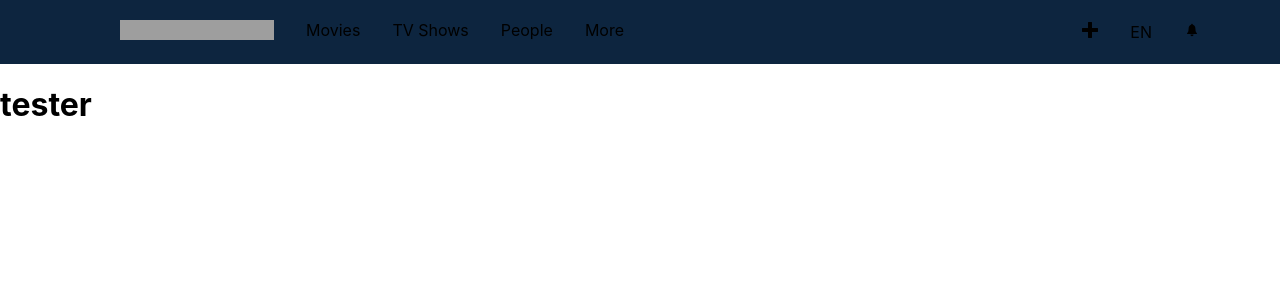
Repository: Fauzaanmhmd/qnpTesFrontend
Page: /
An editor plug-in stored every save of this project. The page is shown before and after the next save, followed by the edit.
The browser window is 1280 px wide. The pictures show the whole page.
Pictures or frames that could not be fetched are drawn as grey boxes. The page's requests for data from a server got no answer. The project was rebuilt for these pictures with package versions that can differ from the ones it lists, and the page was loaded fresh each time. The framework's server and built-in components were replaced by stand-ins that run in the browser. No one was signed in, and anything a server would have sent is missing. Also part of the build but not shown: next.config.js, styles/Moviecard.module.scss, pages/components/Moviecard.tsx.

Above is the page before, as saved 2022-03-17 14:38:58.

### pages/index.tsx
import type { NextPage } from 'next'
import styles from '../styles/Home.module.scss'
import Section from './Section'
import { useEffect, useState } from 'react'
import axios from 'axios'
import MovieCard from './components/Moviecard'
import Youtube from 'react-youtube'
import { ReactNode } from 'react'
import Navbar from './components/Navbar'


const Home: NextPage = () => {

  const MOVIE_API = "https://api.themoviedb.org/3"
  const SEARCH_API = MOVIE_API + "search/movie"
  const BACKDROP_PATH = "https://image.tmdb.org/t/p/w1280"
  const API_KEY = "b3802c15c1569a1a0caa6bee01c6f23e"
  const DISCOVER_API = `${MOVIE_API}/discover/movie`

  const [movie, setMovie] = useState({ title: "Loading Movies" })
  const [trailer, setTrailer] = useState(null)
  const [playing, setPlaying] = useState(false)
  const [movies, setMovies] = useState([])
  const [searchKey, setSearchKey] = useState("")

  useEffect(() => {
    fetchMovies()
  }, [])

  const fetchMovies = async () => {

    const { data } = await axios.get(`${searchKey ? SEARCH_API : DISCOVER_API}`, {
      params: {
        api_key: API_KEY,
        query: searchKey
      }
    })

    console.log(data)
    setMovies(data.results)
  }

  const renderMovies = () => {
    return movies?.map((movie: any) => (
      <MovieCard
        key={movie.id}
        movie={movie}
      />
    ))
  }

  return (
    <div>
      <header>
        <Navbar />
      </header>
      <div>
        <h1>tester</h1>
        <div className={styles.container}>
          {renderMovies()}
        </div>
      </div>
    </div>
  )

}


export default Home

### styles/Home.module.scss
.container {
    display: flex;
    align-items: center;
    flex-wrap: nowrap;
    flex-direction: row;
    margin-top: 8px;
    margin-left: 2rem;
    max-width: 100%;
    overflow-x: auto;
}

### pages/components/Navbar.tsx
import styles from "../../styles/Navbar.module.scss"
import { ImPlus } from "react-icons/im";
import { IoIosNotifications } from "react-icons/io";

const Navbar = () => {
    return (
        <div className={styles.Navbar}>
            <div className={styles.MenuBar}>
                <ul className={styles.NavbarItem}>
                    <li><img src="https://www.themoviedb.org/assets/2/v4/logos/v2/blue_short-8e7b30f73a4020692ccca9c88bafe5dcb6f8a62a4c6bc55cd9ba82bb2cd95f6c.svg" /></li>
                    <li><a>Movies</a>
                        <div className={styles.Submenu}>
                            <ul>
                                <li>Popular</li>
                                <li>Now Playing</li>
                                <li>Upcoming</li>
                                <li>Top Rated</li>
                            </ul>
                        </div>
                    </li>
                    <li><a>TV Shows</a>
                        <div className={styles.Submenu}>
                            <ul>
                                <li>Popular</li>
                                <li>Now Playing</li>
                                <li>Upcoming</li>
                                <li>Top Rated</li>
                            </ul>
                        </div>
                    </li>
                    <li><a>People</a>
                        <div className={styles.Submenu}>
                            <ul>
                                <li>Popular</li>
                            </ul>
                        </div>
                    </li>
                    <li><a>More</a>
                        <div className={styles.Submenu}>
                            <ul>
                                <li>Discussion</li>
                                <li>Leaderbord</li>
                                <li>Support</li>
                                <li>API</li>
                            </ul>
                        </div>
                    </li>
                </ul>
            </div>
            <div className={styles.MenuBar}>
                <ul className={styles.NavbarIcon}>
                    <li><a><ImPlus /></a>
                        <div className={styles.Submenu}>
                            <ul>
                                <li>Add New Movie</li>
                                <li>Add New Movie</li>
                            </ul>
                        </div>
                    </li>
                    <li><a>EN</a>
                        <div className={styles.Submenu}>
                            <ul>
                                <li>Add New Movie</li>
                                <li>Add New Movie</li>
                            </ul>
                        </div>
                    </li>
                    <li><a><IoIosNotifications /></a>
                        <div className={styles.Submenu}>
                            <ul>
                                <li><p>Unread Notifications</p></li>
                            </ul>
                        </div>
                    </li>
                </ul>
            </div>
        </div>
    )
}

export default Navbar

### styles/Navbar.module.scss
@import "./utils/utils.scss";

.Navbar {
    display: flex;
    justify-content: space-between;
    background-color: $darkblue;
    width: 100%;
    height: 4rem;
    align-items: center;
    padding: 0 4rem 0 4rem;
}

.MenuBar {
    text-align: center;
}

.MenuBar ul {
    display: inline-flex;
    list-style: none;
}

.MenuBar ul li {
    padding: 1rem;
}

.NavbarItem {
    display: flex;

    img {
        width: 154px;
        height: 20px;
    }
}

.NavbarIcon {
    display: flex;
    justify-content: center;
}

.Submenu {
    display: none;
}

.MenuBar ul li:hover {
    background: $lightgreen;
    border-radius: 3px;
}

.MenuBar ul li:hover .Submenu {
    display: block;
    position: absolute;
    background-color: $white;
    margin-top: 10px;
    margin-left: -15px;
    width: 13rem;
    cursor: pointer;
}

.MenuBar li a {
    cursor: pointer;
    text-decoration: none;
}

.MenuBar ul li:hover .Submenu ul {
    display: block;
    margin: 10px;
}

.MenuBar ul li:hover .Submenu ul {
    padding: 5px;
    background: transparent;
    text-align: left;
}

### styles/utils/utils.scss
@import "./color.scss";

### styles/utils/color.scss
$lightgreen : #90cea1;
$white: #FFFFFF;
$lightblue: #01b4e4;
$darkblue: #0d253f;

Loaded but not shown: pages/_app.tsx (common file); styles/globals.scss (common file)

After the next save:
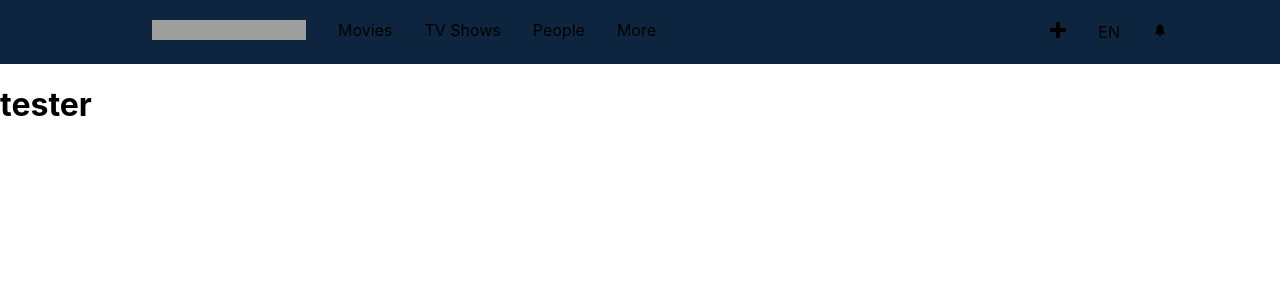
Saved 24 s later.
--- a/styles/Navbar.module.scss
+++ b/styles/Navbar.module.scss
@@ -7,7 +7,7 @@
     width: 100%;
     height: 4rem;
     align-items: center;
-    padding: 0 4rem 0 4rem;
+    padding: 0 6rem 0 6rem;
 }
 
 .MenuBar {
